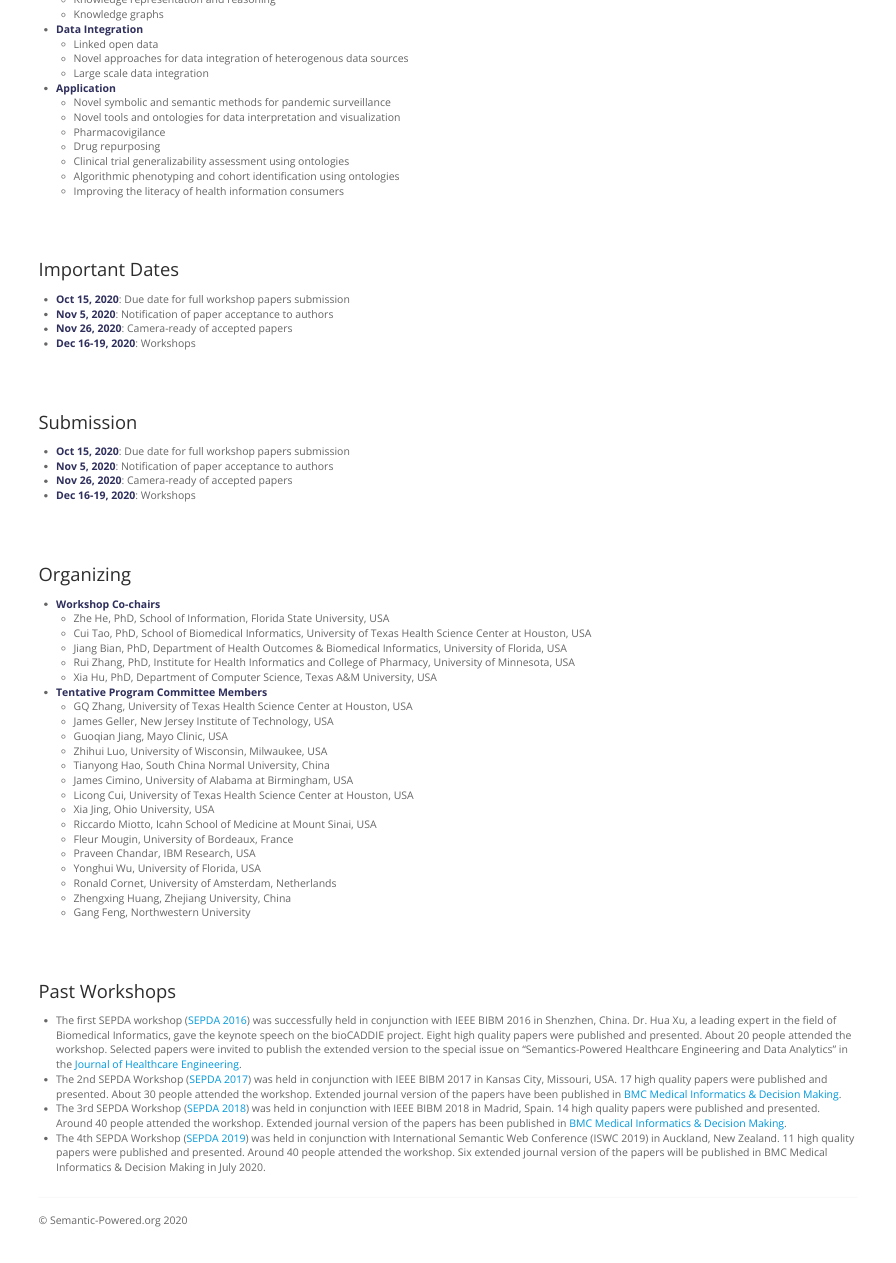
Repository: bianjiang/semantics-powered.org
Page: sepda2020.html
The author's editor kept a copy of each file at every save. The page is drawn from the files as they stood at one save, then again after the next save.
The browser window is 1280 px wide. The pictures show the part of the page from y = 1207 to 3127 px (the page is 3011 px tall before and 3127 px after), at 70% of full size.
Some web libraries are served in a nearby version.

Above is the page before, as saved 2020-08-21 14:11:46.
Console error (its wording comes from the project's code and is left out).

### sepda2020.html
<!DOCTYPE html>
<!--[if lt IE 7]>      <html class="no-js lt-ie9 lt-ie8 lt-ie7"> <![endif]-->
<!--[if IE 7]>         <html class="no-js lt-ie9 lt-ie8"> <![endif]-->
<!--[if IE 8]>         <html class="no-js lt-ie9"> <![endif]-->
<!--[if gt IE 8]><!-->
<html class="no-js">
<!--<![endif]-->

<head>
  <meta charset="utf-8">
  <meta http-equiv="X-UA-Compatible" content="IE=edge,chrome=1">
  <title></title>
  <meta name="description" content="">
  <meta name="viewport" content="width=device-width">

  <link rel="stylesheet" href="css/bootstrap.min.css">
  <style>
    body {
      padding-top: 60px;
      padding-bottom: 40px;
    }
  </style>
  <link rel="stylesheet" href="css/bootstrap-responsive.min.css">
  <link rel="stylesheet" href="css/main.css">

  <script src="js/vendor/modernizr-2.6.2-respond-1.1.0.min.js"></script>
</head>

<body class="preview" id="top" data-spy="scroll" data-target=".subnav" data-offset="80">
  <!--[if lt IE 7]>
            <p class="chromeframe">You are using an <strong>outdated</strong> browser. Please <a href="http://browsehappy.com/">upgrade your browser</a> or <a href="http://www.google.com/chromeframe/?redirect=true">activate Google Chrome Frame</a> to improve your experience.</p>
        <![endif]-->

  <!-- This code is taken from http://twitter.github.com/bootstrap/examples/hero.html -->

  <div class="navbar navbar-fixed-top">
    <div class="navbar-inner">
      <div class="container">
        <a class="btn btn-navbar" data-toggle="collapse" data-target=".nav-collapse">
          <span class="icon-bar"></span>
          <span class="icon-bar"></span>
          <span class="icon-bar"></span>
        </a>
        <a class="brand" href="#">&nbsp;</a>
        <div class="nav-collapse collapse">
          <ul class="nav">
            <li><a href="#">SEPDA 2020</a></li>
          </ul>
        </div>

      </div>

    </div>
  </div>

  <div class="container">

    <!-- Main hero unit for a primary marketing message or call to action -->
    <!--
            <div class="hero-unit">
                <h1>Hello, world!</h1>
                <p>This is a template for a simple marketing or informational website. It includes a large callout called the hero unit and three supporting pieces of content. Use it as a starting point to create something more unique.</p>
                <p><a class="btn btn-primary btn-large">Learn more &raquo;</a></p>
            </div>
            -->
    <!-- Masthead
================================================== -->
    <header class="jumbotron subhead" id="overview">
      <div class="row">
        <div class="span12">
          <br />
          <h2>The 5th International Workshop on Semantics-Powered Data Mining and Analytics (SEPDA 2020)</h2>
          <br />
          <p class="lead">
            in Conjunction with the IEEE International Conference on Bioinformatics and Biomedicine(BIBM 2020)
          </p>
        </div>
        <div class="span6">
          <!--
      <div class="bsa well">
          <div id="bsap_1277971" class="bsarocks bsap_c466df00a3cd5ee8568b5c4983b6bb19"></div>
      </div>
    -->
        </div>
      </div>
      <div class="subnav">
        <ul class="nav nav-pills">
          <li><a href="#overview">Overview</a></li>
          <li><a href="#scope">Topics</a></li>
          <li><a href="#dates">Important Dates</a></li>
          <li><a href="#organization">Organizing</a></li>
          <li><a href="#past">Past Workshops</a></li>
        </ul>
      </div>
    </header>

    <section id="overview">
      <div class="row">
        <div class="span12">
          <h3>Overview</h3>
          <p>Biomedical ontologies and controlled terminologies provide structured domain knowledge to a variety of health information systems. The rich thesaurus with concepts linked by semantic relationships has been widely used in natural language processing, data mining, machine learning, semantic annotation, and automated reasoning. The dramatically increasing amount of health-related data poses unprecedented opportunities for mining previously unknown knowledge with semantics-powered data mining and analytics methods. However, due to the heterogeneity of different data sources, it is a challenging problem to exploit multiple sources to solve real-world problems such as designing cost-effective treatment plan for patients, designing generalizable clinical trials, drug repurposing, and clinical phenotyping. The goal of this workshop is to bring people in the field of ontologies, data mining, knowledge representation, knowledge management, and data analytics to discuss innovative semantic methods, applications, and data analytics to address problems in healthcare, biomedicine, public health, and clinical research with biomedical, clinical, behavioral, and social web data. We are inviting original research submissions as well as work-in-progress. Selected full papers will be invited to submit an extended version to a special issue of a premier journal in biomedical informatics.</p>


          <p>SEPDA has been established as a key venue for disseminating research on health data analytics using semantic web technologies such as ontologies. In the past few years, we have seen an increasing interest in using semantic web technologies for health data analysis with more and more submissions that present novel methods and applications for linked open data, information extraction, semantic-web-based knowledge bases, and deep learning. The NIH Data Science Strategic Plan explicitly commits to ensuring that all data-science activities and products supported by the agency adhere to the FAIR principles, meaning that data be Findable, Accessible, Interoperable, and Reusable. Semantic web technologies play a crucial role to address the FAIR principles. With the infrastructure support such as NCBO’s BioPortal for ontology maintenance, the CEDAR software for metadata creation and validation, more and more researchers are using ontologies and semantic web technologies for knowledge representation, semantic inference, natural language processing, and data analytics. Meanwhile, we received submissions that use semantic-based methods to tackle critical problems in biomedical informatics such as extracting drug-drug interaction, drug repurposing, adverse drug reaction, detecting early signals for cognitive impairment, and visualizing dietary supplement knowledge. It is thus critical to hold SEPDA workshop annually to continue our momentum and allow researchers to present and discuss novel methods and applications in this fast-growing field. In the previous four years, we held SEPDA in IEEE International Conference on Bioinformatics and Biomedicine (BIBM 2016, BIBM 2017, BIBM 2018) and International Semantic Web Conference (ISWC 2019).</p>
        </div>
      </div>
    </section>

    <section id="scope">
      <div class="row">
        <div class="span12">
          <h3>Topics</h3>
          <p>Topics of interest include but not limited to:</p>
          <ul>
            <li><b>Semantics-based Data Mining and Analytics</b>
              <ul>
                <li>Ontology-based text mining and natural language processing</li>
                <li>Semantics-powered data mining and machine learning from biomedical, clinical, or social web data
                </li>
                <li>Information Extraction from biomedical, clinical, or social web data</li>
                <li>Semantic annotation on biomedical, clinical or social web data</li>
              </ul>
            </li>
            <li><b>Ontologies and Controlled Terminologies</b>
              <ul>
                <li>Ontology development and enrichment</li>
                <li>Quality assurance of ontologies and controlled terminologies</li>
                <li>Semantic harmonization and ontology alignment</li>
                <li>Knowledge representation and reasoning</li>
                <li>Knowledge graphs</li>
              </ul>
            </li>
            <li><b>Data Integration</b>
              <ul>
                <li>Linked open data</li>
                <li>Novel approaches for data integration of heterogenous data sources</li>
                <li>Large scale data integration</li>
              </ul>
            </li>
            <li><b>Application</b>
              <ul>
                <li>Novel symbolic and semantic methods for pandemic surveillance</li>
                <li>Novel tools and ontologies for data interpretation and visualization</li>
                <li>Pharmacovigilance</li>
                <li>Drug repurposing</li>
                <li>Clinical trial generalizability assessment using ontologies</li>
                <li>Algorithmic phenotyping and cohort identification using ontologies</li>
                <li>Improving the literacy of health information consumers</li>
              </ul>
            </li>
          </ul>
        </div>
      </div>
    </section>

    <section id="dates">
      <div class="row">
        <div class="span12">
          <h3>Important Dates</h3>
          <ul>
          <li><b>Oct 15, 2020</b>: Due date for full workshop papers submission</li>
          <li><b>Nov 5, 2020</b>: Notification of paper acceptance to authors</li>
          <li><b>Nov 26, 2020</b>: Camera-ready of accepted papers</li>
          <li><b>Dec 16-19, 2020</b>: Workshops</li>
        </ul>
        </div>
      </div>
    </section>

    <section id="submission">
      <div class="row">
        <div class="span12">
          <h3>Submission</h3>
          <ul>
          <li><b>Oct 15, 2020</b>: Due date for full workshop papers submission</li>
          <li><b>Nov 5, 2020</b>: Notification of paper acceptance to authors</li>
          <li><b>Nov 26, 2020</b>: Camera-ready of accepted papers</li>
          <li><b>Dec 16-19, 2020</b>: Workshops</li>
        </ul>
        </div>
      </div>
    </section>

    <section id="organization">
      <div class="row">
        <div class="span12">
          <h3>Organizing</h3>
          <ul>
            <li><b>Workshop Co-chairs</b>
              <ul>
                <li>
                 Zhe He, PhD, School of Information, Florida State University, USA

                </li>
                <li>
                  Cui Tao, PhD, School of Biomedical Informatics, University of Texas Health Science Center at Houston, USA

                </li>
                <li>
                  Jiang Bian, PhD, Department of Health Outcomes & Biomedical Informatics, University of Florida, USA

                </li>
                <li>
                 Rui Zhang, PhD, Institute for Health Informatics and College of Pharmacy, University of Minnesota, USA

                </li>
                <li>
                 Xia Hu, PhD, Department of Computer Science, Texas A&M University, USA

                </li>
              </ul>
            </li>
            <li><b>Tentative Program Committee Members</b>
              <ul>
                <li>GQ Zhang, University of Texas Health Science Center at Houston, USA</li>
                <li>James Geller, New Jersey Institute of Technology, USA</li>
                <li>Guoqian Jiang, Mayo Clinic, USA</li>
                <li>Zhihui Luo, University of Wisconsin, Milwaukee, USA</li>
                <li>Tianyong Hao, South China Normal University, China</li>
                <li>James Cimino, University of Alabama at Birmingham, USA</li>
                <li>Licong Cui, University of Texas Health Science Center at Houston, USA</li>
                <li>Xia Jing, Ohio University, USA</li>
                <li>Riccardo Miotto, Icahn School of Medicine at Mount Sinai, USA</li>
                <li>Fleur Mougin, University of Bordeaux, France</li>
                <li>Praveen Chandar, IBM Research, USA</li>
                <li>Yonghui Wu, University of Florida, USA</li>
                <li>Ronald Cornet, University of Amsterdam, Netherlands</li>
                <li>Zhengxing Huang, Zhejiang University, China</li>
                <li>Gang Feng, Northwestern University</li>
              </ul>
            </li>
          </ul>
        </div>
      </div>
    </section>

    <section id="past">
      <div class="row">
        <div class="span12">
          <h3>Past Workshops</h3>
          <ul>
           <li>The first SEPDA workshop (<a href="http://semantics-powered.org/sepda2016.html" target="_blank">SEPDA
                2016</a>) was successfully held in conjunction with IEEE BIBM 2016 in Shenzhen, China. Dr. Hua Xu, a leading expert in the field of Biomedical Informatics, gave the keynote speech on the bioCADDIE project. Eight high quality papers were published and presented. About 20 people attended the workshop. Selected papers were invited to publish the extended version to the special issue on “Semantics-Powered Healthcare Engineering and Data Analytics” in the <a href="https://www.hindawi.com/journals/jhe/si/461480/" target="_blank">Journal of Healthcare Engineering</a>.</li>

          <li>The 2nd SEPDA Workshop (<a href="http://semantics-powered.org/sepda2017.html" target="_blank">SEPDA
                2017</a>) was held in conjunction with IEEE BIBM 2017 in Kansas City, Missouri, USA. 17 high quality papers were published and presented. About 30 people attended the workshop. Extended journal version of the papers have been published in <a href="https://bmcmedinformdecismak.biomedcentral.com/articles/supplements/volume-18-supplement-2" target="_blank">BMC Medical Informatics & Decision Making</a>.</li>

          <li>The 3rd SEPDA Workshop (<a href="http://semantics-powered.org/sepda2018.html" target="_blank">SEPDA
                2018</a>) was held in conjunction with IEEE BIBM 2018 in Madrid, Spain. 14 high quality papers were published and presented. Around 40 people attended the workshop. Extended journal version of the papers has been published in <a href="https://bmcmedinformdecismak.biomedcentral.com/articles/supplements/volume-19-supplement-4" target="_blank">BMC Medical Informatics & Decision Making</a>.</li>

          <li>The 4th SEPDA Workshop (<a href="http://semantics-powered.org/sepda2019.html" target="_blank">SEPDA
                2019</a>) was held in conjunction with International Semantic Web Conference (ISWC 2019) in Auckland, New Zealand. 11 high quality papers were published and presented. Around 40 people attended the workshop. Six extended journal version of the papers will be published in BMC Medical Informatics & Decision Making in July 2020.</li>
                </ul>
        </div>

      </div>
    </section>

    <hr>

    <footer>
      <p>&copy; Semantic-Powered.org 2020</p>
    </footer>

  </div> <!-- /container -->

  <script src="//ajax.googleapis.com/ajax/libs/jquery/1.9.1/jquery.min.js"></script>
  <script>window.jQuery || document.write('<script src="js/vendor/jquery-1.9.1.min.js"><\/script>')</script>

  <script src="js/vendor/bootstrap.min.js"></script>

  <script src="js/plugins.js"></script>
  <script src="js/main.js"></script>
  <script>
      (function (i, s, o, g, r, a, m) {
        i['GoogleAnalyticsObject'] = r; i[r] = i[r] || function () {
          (i[r].q = i[r].q || []).push(arguments)
        }, i[r].l = 1 * new Date(); a = s.createElement(o),
          m = s.getElementsByTagName(o)[0]; a.async = 1; a.src = g; m.parentNode.insertBefore(a, m)
      })(window, document, 'script', 'https://www.google-analytics.com/analytics.js', 'ga');

    ga('create', 'UA-50982144-4', 'auto');
    ga('send', 'pageview');

  </script>
</body>

</html>

Loaded but not shown: css/bootstrap.min.css (library); css/bootstrap-responsive.min.css (library); js/vendor/modernizr-2.6.2-respond-1.1.0.min.js (library); js/vendor/bootstrap.min.js (library); js/main.js (95 lines, source omitted); js/plugins.js (24 lines, source omitted); css/main.css (467 lines, source omitted)

After the next save:
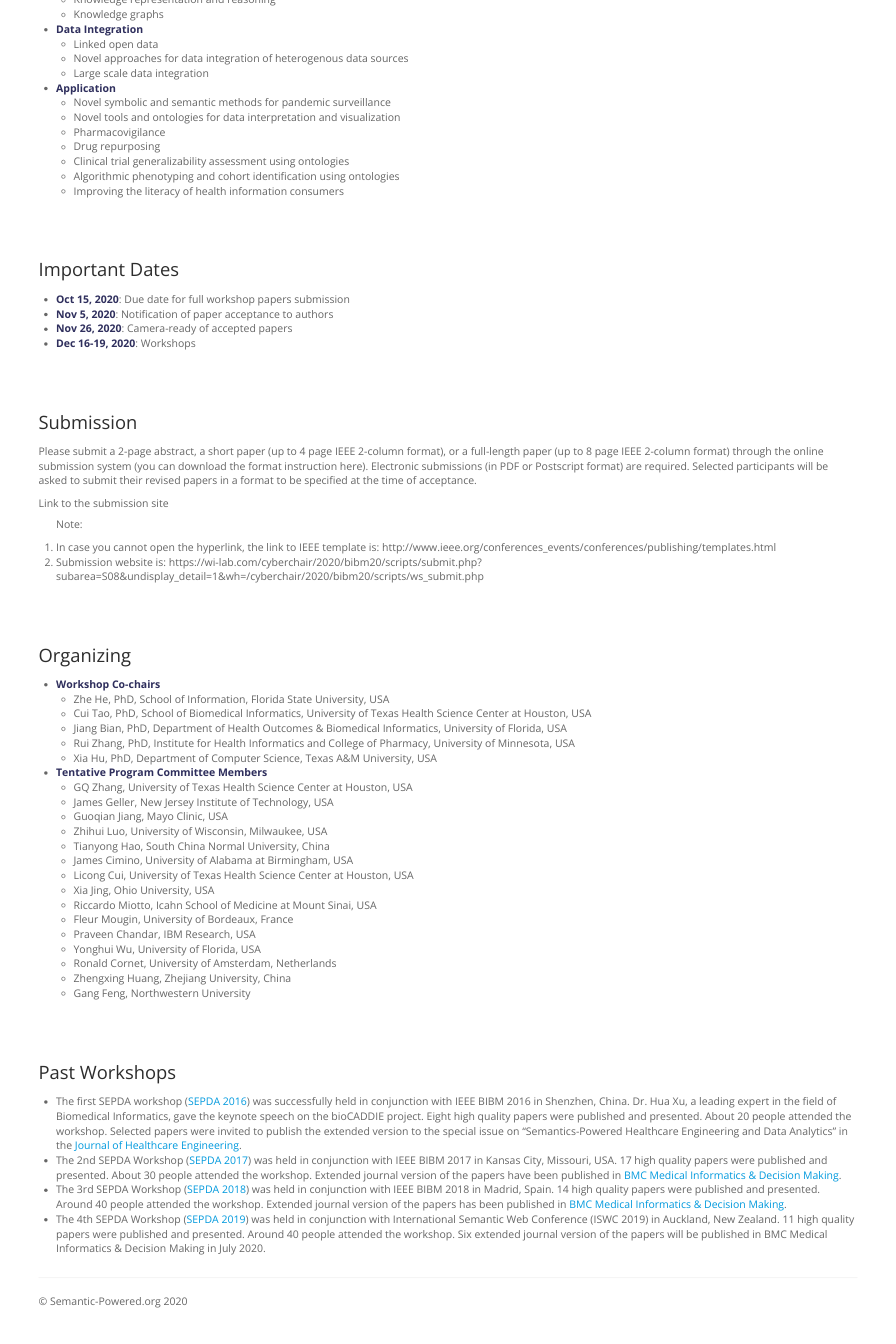
Saved 115 s later.
--- a/sepda2020.html
+++ b/sepda2020.html
@@ -171,12 +171,15 @@
       <div class="row">
         <div class="span12">
           <h3>Submission</h3>
-          <ul>
-          <li><b>Oct 15, 2020</b>: Due date for full workshop papers submission</li>
-          <li><b>Nov 5, 2020</b>: Notification of paper acceptance to authors</li>
-          <li><b>Nov 26, 2020</b>: Camera-ready of accepted papers</li>
-          <li><b>Dec 16-19, 2020</b>: Workshops</li>
-        </ul>
+          <p>Please submit a 2-page abstract, a short paper (up to 4 page IEEE 2-column format), or a full-length paper (up to 8 page IEEE 2-column format) through the online submission system (you can download the format instruction here). Electronic submissions (in PDF or Postscript format) are required. Selected participants will be asked to submit their revised papers in a format to be specified at the time of acceptance.</p>
+          <p>Link to the submission site</p>
+          <ol>
+            <p>Note:</p>
+            <li>In case you cannot open the hyperlink, the link to IEEE template is:
+              http://www.ieee.org/conferences_events/conferences/publishing/templates.html</li>
+            <li>Submission website is:
+              https://wi-lab.com/cyberchair/2020/bibm20/scripts/submit.php?subarea=S08&undisplay_detail=1&wh=/cyberchair/2020/bibm20/scripts/ws_submit.php</li>
+          </ol>
         </div>
       </div>
     </section>
